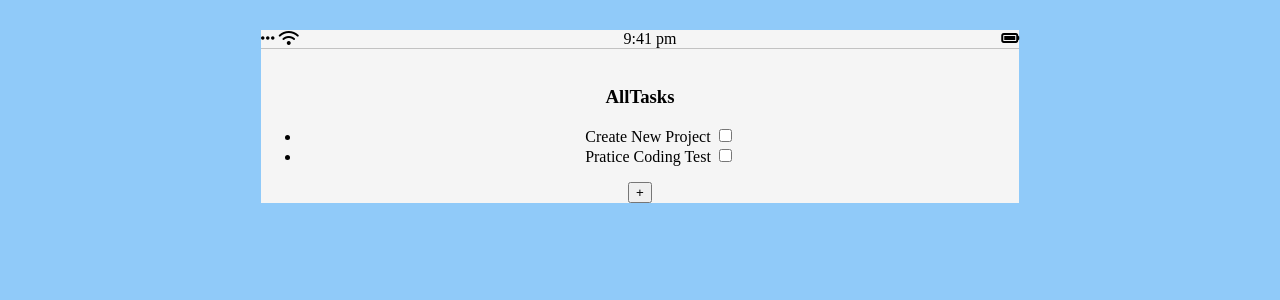
Repository: EEOOOO/javascript-projects
Page: todoListApp/index.html
The author's editor kept a copy of each file at every save. The page is drawn from the files as they stood at one save, then again after the next save.
The browser window is 1280 px wide. The pictures show the whole page.
Some icons come from a web library that is not loaded, so they are not drawn. Some web libraries are served in a nearby version.

Above is the page before, as saved 2022-07-29 15:50:27.

### todoListApp/index.html
<!DOCTYPE html>
<html lang="en">
<head>
    <meta charset="UTF-8">
    <meta http-equiv="X-UA-Compatible" content="IE=edge">
    <meta name="viewport" content="width=device-width, initial-scale=1.0">
    <script defer src="https://kit.fontawesome.com/7419342558.js" crossorigin="anonymous"></script>
    <script defer src="todoList.js"></script>
    <link rel="stylesheet" href="style.css">
    <title>ToDoList</title>
</head>
<body>
    <section class="container">
        <section class="defaultIcons">
            <div class="left">
                <i class="fas fa-ellipsis"></i>
                <i class="fas fa-wifi"></i>
            </div>
            <span class="time">9:41 pm</span>
            <div class="right">
                <span class="batterySpan"></span>
                <i class="fas fa-battery-full"></i>
            </div>
        </section>
        <nav class="navbar">
            <i class="fas fa-bars-sort"></i>
            <h1 class="title">AllTasks</h1>
        </nav>
        <section class="taskList">
            <ul class="tasks">
                <li class="task">
                    <span class="taskContent">Create New Project</span>
                    <input type="checkbox" class="taskChecker">
                </li>
                <li class="task">
                    <span class="taskContent">Pratice Coding Test</span>
                    <input type="checkbox" class="taskChecker">
                </li>
            </ul>
            <button class="addButton">+</button>
        </section>
    </section>
</body>
</html>

### todoListApp/style.css
:root {
  --color-blue: #90caf9;
  --color-white: #f5f5f5;
  --color-lightgray: #c2c2c2;
}
body {
  background-color: var(--color-blue);

  text-align: center;
}
.container {
  background-color: var(--color-white);
  margin: 30px auto;
  width: 60%;
}
.defaultIcons {
  display: flex;
  justify-content: space-between;
  border-bottom: 1px solid var(--color-lightgray);
}

Loaded but not shown: todoListApp/todoList.js (no stored copy; drawn as an empty file)

After the next save:
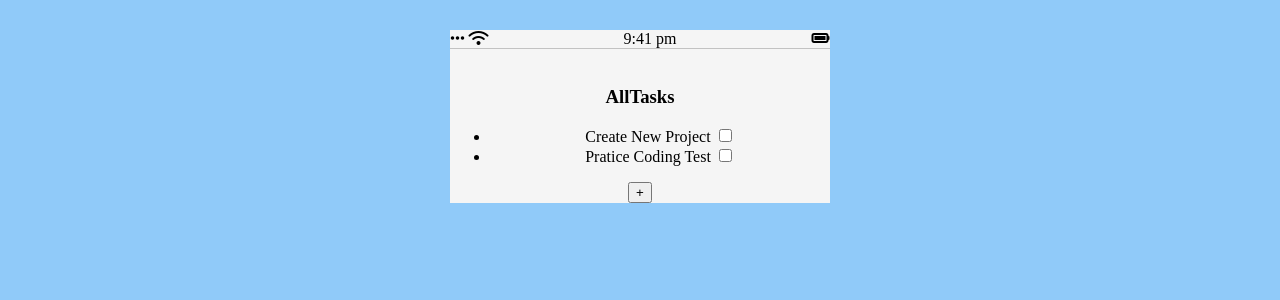
Saved 85 s later.
--- a/todoListApp/style.css
+++ b/todoListApp/style.css
@@ -11,7 +11,7 @@ body {
 .container {
   background-color: var(--color-white);
   margin: 30px auto;
-  width: 60%;
+  width: 30%;
 }
 .defaultIcons {
   display: flex;
